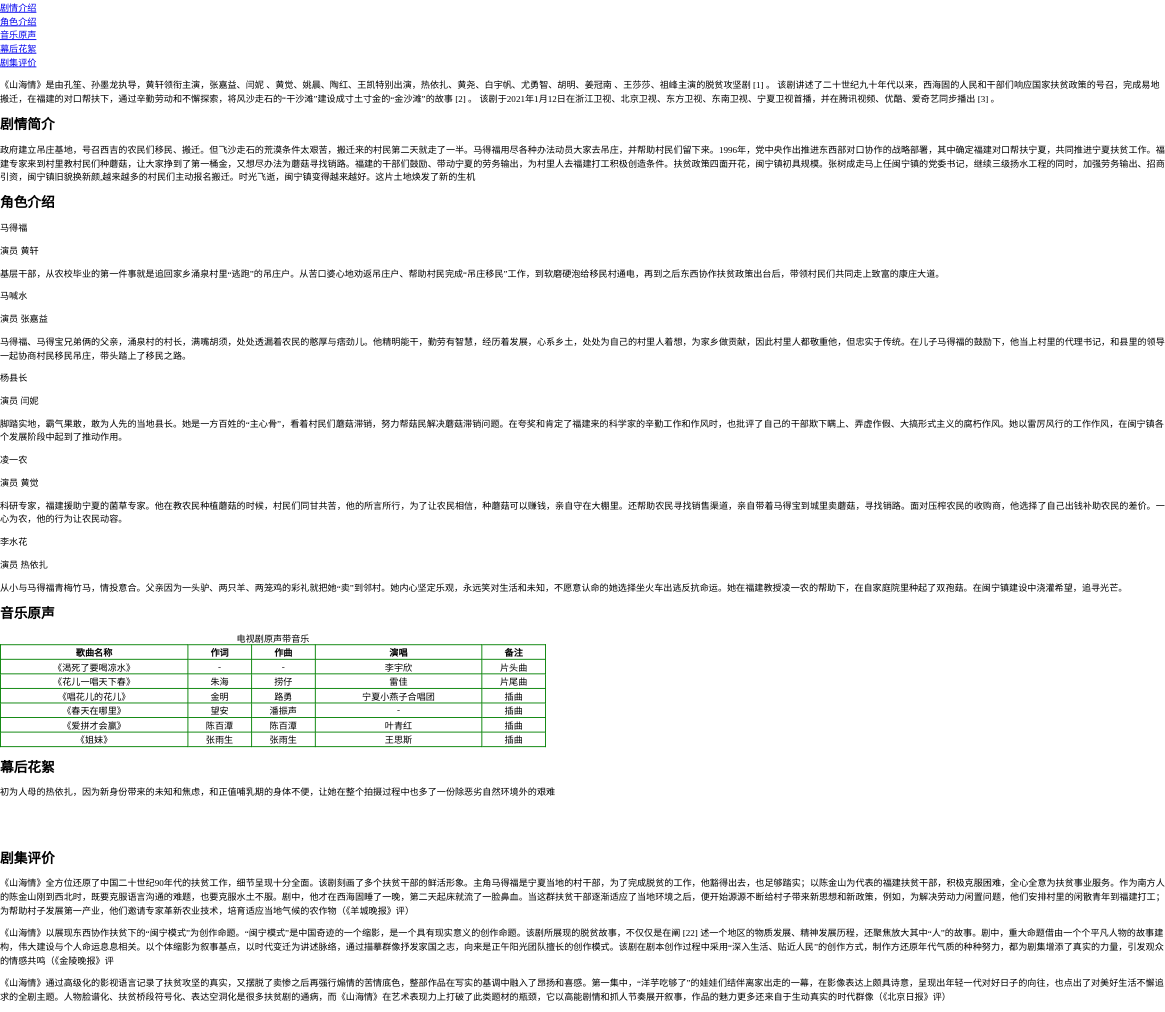
Repository: Lixianlai-2/static-website
Page: index.html
These files come from the project's save history. The page is drawn as it stood at one moment and after the next save; the edit follows.
The browser window is 1280 px wide. The pictures show the whole page, at 91% of full size.

Above is the page before, as saved 2021-11-30 20:42:03.

After the next save:
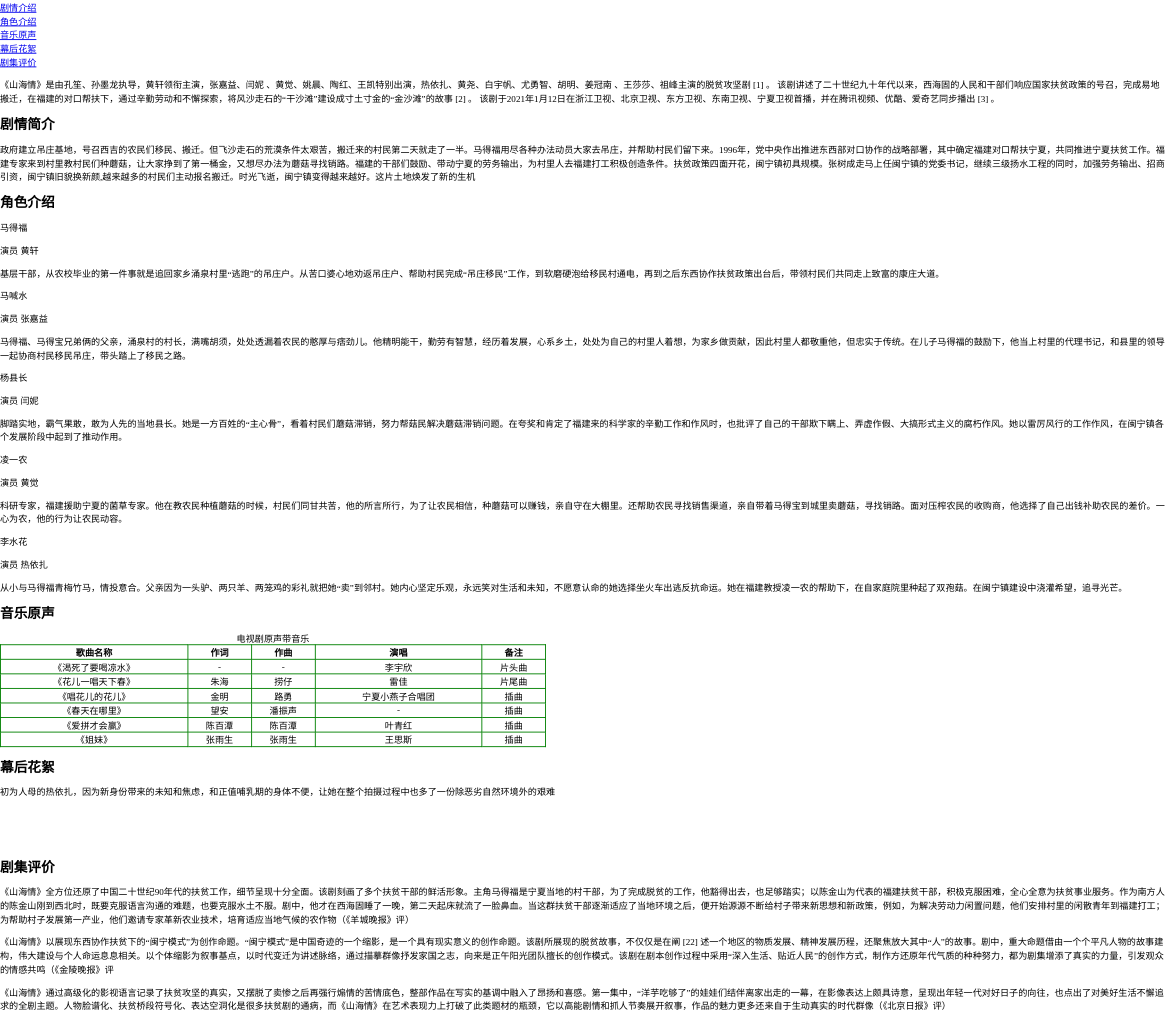
Saved 18 s later.
--- a/index.html
+++ b/index.html
@@ -234,7 +234,9 @@
     <h2 id="Tidbits">幕后花絮</h2>
     <ul>
       <li>
-        初为人母的热依扎，因为新身份带来的未知和焦虑，和正值哺乳期的身体不便，让她在整个拍摄过程中也多了一份除恶劣自然环境外的艰难
+        <p>
+          初为人母的热依扎，因为新身份带来的未知和焦虑，和正值哺乳期的身体不便，让她在整个拍摄过程中也多了一份除恶劣自然环境外的艰难
+        </p>
       </li>
       <li></li>
       <li></li>
